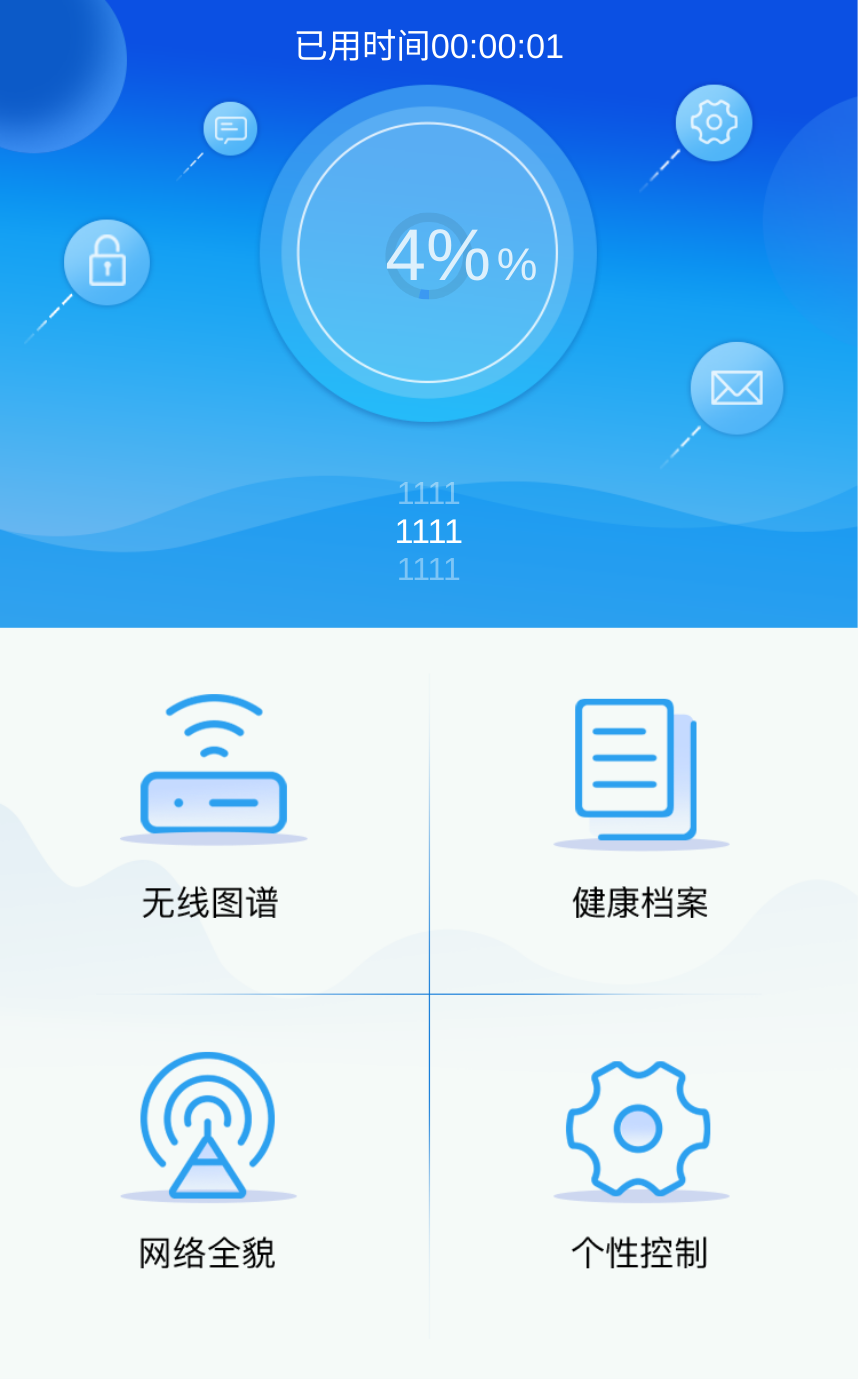
Repository: wangbiaozy/8.24
Page: index.html
These files come from the project's save history. The page is drawn as it stood at one moment and after the next save; the edit follows.
The browser window is 1280 px wide. The pictures show the whole page, at 67% of full size.
After loading, the first visible `#beforeBtn` was clicked once.

Above is the page before, as saved 2018-08-22 10:15:30.

### index.html
<!DOCTYPE html>
<html lang="en">
<head>
    <meta charset="UTF-8">
    <meta name="viewport"
          content="width=device-width, user-scalable=no, initial-scale=1.0, maximum-scale=1.0, minimum-scale=1.0">
    <title>Title</title>
    <link rel="stylesheet" href="css/reset.min.css">
    <link rel="stylesheet/less" href="css/styles.less">
    <script src="js/less-1.7.0.min.js"></script>
</head>
<body>
    <header>
        <div class="before">
            <a id="beforeBtn" href="javascript:void(0)"></a>
            <p>您的家庭网络已经<span>365</span>天没有体检了</p>
        </div>
        <div class="check">
            <div class="circle">
                <div class="progress">
                    <p><span>75</span>%</p>
                </div>
            </div>
            <ul class="message move">
                <li>测量设备温度</li>
                <li>获取CPU占用率</li>
                <li>检查无线模块是否开启</li>
            </ul>
            <div class="date">
                <p>已用时间</p>
                <p id="timeText">00:00:10</p>
            </div>
        </div>
        <div class="result">

        </div>
    </header>
    <section>
        <ul>
            <li>
                <a href=""></a>
            </li>
            <li>
                <a href=""></a>
            </li>
            <li>
                <a href=""></a>
            </li>
            <li>
                <a href=""></a>
            </li>
        </ul>
    </section>
</body>
</html>
<script src="js/jquery-1.10.1.min.js"></script>
<script src="js/circle-progress.min.js"></script>
<script src="js/index.js"></script>

### css/reset.min.css
@charset "utf-8";
/*默认样式清除和初始化*/
body,h1,h2,h3,h4,h5,h6,hr,p,blockquote,dl,dt,dd,ul,ol,li,button,input,textarea,th,td{margin:0;padding:0}body{font-size:12px;font-style:normal;font-family:"\5FAE\8F6F\96C5\9ED1",Helvetica,sans-serif}small{font-size:12px}h1{font-size:18px}h2{font-size:16px}h3{font-size:14px}h4,h5,h6{font-size:100%}ul,ol{list-style:none}a{text-decoration:none;background-color:transparent}a:hover,a:active{outline-width:0;text-decoration:none}table{border-collapse:collapse;border-spacing:0}hr{border:0;height:1px}img{border-style:none}img:not([src]){display:none}svg:not(:root){overflow:hidden}html{-webkit-touch-callout:none;-webkit-text-size-adjust:100%}input,textarea,button,a{-webkit-tap-highlight-color:rgba(0,0,0,0)}article,aside,details,figcaption,figure,footer,header,main,menu,nav,section,summary{display:block}audio,canvas,progress,video{display:inline-block}audio:not([controls]),video:not([controls]){display:none;height:0}progress{vertical-align:baseline}mark{background-color:#ff0;color:#000}sub,sup{position:relative;font-size:75%;line-height:0;vertical-align:baseline}sub{bottom:-0.25em}sup{top:-0.5em}button,input,select,textarea{font-size:100%;outline:0}button,input{overflow:visible}button,select{text-transform:none}textarea{overflow:auto}button,html [type="button"],[type="reset"],[type="submit"]{-webkit-appearance:button}button::-moz-focus-inner,[type="button"]::-moz-focus-inner,[type="reset"]::-moz-focus-inner,[type="submit"]::-moz-focus-inner{border-style:none;padding:0}button:-moz-focusring,[type="button"]:-moz-focusring,[type="reset"]:-moz-focusring,[type="submit"]:-moz-focusring{outline:1px dotted ButtonText}[type="checkbox"],[type="radio"]{box-sizing:border-box;padding:0}[type="number"]::-webkit-inner-spin-button,[type="number"]::-webkit-outer-spin-button{height:auto}[type="search"]{-webkit-appearance:textfield;outline-offset:-2px}[type="search"]::-webkit-search-cancel-button,[type="search"]::-webkit-search-decoration{-webkit-appearance:none}::-webkit-input-placeholder{color:inherit;opacity:.54}::-webkit-file-upload-button{-webkit-appearance:button;font:inherit}.clear:after{display:block;height:0;content:"";clear:both}
*{ -webkit-tap-highlight-color: rgba(0,0,0,0);-webkit-tap-highlight-color: transparent; /* For some Androids */ }

### js/index.js
(function (doc, win) {
    var docEl = doc.documentElement,
        resizeEvt = 'orientationchange' in window ? 'orientationchange' : 'resize',
        recalc = function () {
            var clientWidth = docEl.clientWidth;
            if (!clientWidth) return;
            docEl.style.fontSize = 100 * (clientWidth / 750) + 'px';
        };
    if (!doc.addEventListener) return;
    win.addEventListener(resizeEvt, recalc, false);
    doc.addEventListener('DOMContentLoaded', recalc, false);
})(document, window);
$(function () {

    //一键体检
    $('#beforeBtn').on('click',function(){
        $('.before').hide();
        $('.check').show();
        $('.progress').circleProgress({
            value: 1,
            size: 130,
            startAngle: Math.PI/2,
            thickness: 14,
            animation: {duration:12000},//进度条完成时间（ms）
            fill: {
                gradient: ["#3591f2"]
            },
            //circle-animation-start：	function(event)-event - jQ事件
            //circle-animation-progress：	function(event, animationProgress, stepValue)：-event - jQ事件 animationProgress - 从0.0到1.0stepValue - 当前的步长值，从0.0到value
            //circle-animation-end:	function(event)：-event - jQ事件
        }).on('circle-animation-progress', function (event, progress, stepValue) {
                $(this).find('span').html(parseInt(stepValue.toFixed(2) * 100) + '%');
        }).on('circle-animation-end',function(){
            $('.message').removeClass('move');
            stop();
            $('.check').hide();
            $('.result').show();
        });
        start();
        messageMove();
    });


    //检查项滚动
    var messageInnerText = '1111';
    function messageScroll(){
        $('.message').children('li:first-child').remove();
        $('.message').append('<li>'+messageInnerText+'</li>');
        if(!$('.message').hasClass('move')){
            window.clearInterval(timer);
        }
    }
    function messageMove(){
        timer = window.setInterval(messageScroll,500);
    }


    //检测时间
    var hour,minute,second;
    hour=minute=second=0;
    var millisecond=0;
    var int;
    function start(){
        int=setInterval(times,50);
    }
    function times(){
        millisecond=millisecond+50;
        if(millisecond>=1000){
            millisecond=0;
            second=second+1;
        }
        if(second>=60){
            second=0;
            minute=minute+1;
        }

        if(minute>=60){
            minute=0;
            hour=hour+1;
        }
      $('#timeText').text((hour<10?"0"+hour:hour)+':'+(minute<10?"0"+minute:minute)+':'+(second<10?"0"+second:second));
    }
    function stop(){
        window.clearInterval(int);
    }


    //查看详细清单下拉
    $('.arrow').on('click',function(){
        var $this = $(this),
            $listBox = $(this).siblings('div');
        $listBox.slideToggle("normal",function(){
            if($listBox.css('display') === 'block'){
                $this.addClass('act');
                $this.siblings('p').css('opacity','0');
            }else{
                $this.removeClass('act');
                $this.siblings('p').css('opacity','1');
            }
        });
    });



    //网关重启 WIFI开关 LED指示灯开关 查看黑名单
    $('#controlBox').on('click','a',function(){
        var $this = $(this);
        if($this.hasClass('off')){
            $this.removeClass('off');
        }else{
            $this.addClass('off');
        }
    });

    $('#look_blacklist').on('click',function(){
        var $blacklist = $('.blacklist');
        $blacklist.slideToggle('normal',function(){
            if($(this).css('display') === 'block'){
                $('#look_blacklist').addClass('act');
                $('.arrow_m').addClass('act');
            }else{
                $('#look_blacklist').removeClass('act');
                $('.arrow_m').removeClass('act');
            }
        });
    });
});

Loaded but not shown: js/less-1.7.0.min.js (library); js/jquery-1.10.1.min.js (library); js/circle-progress.min.js (library)

After the next save:
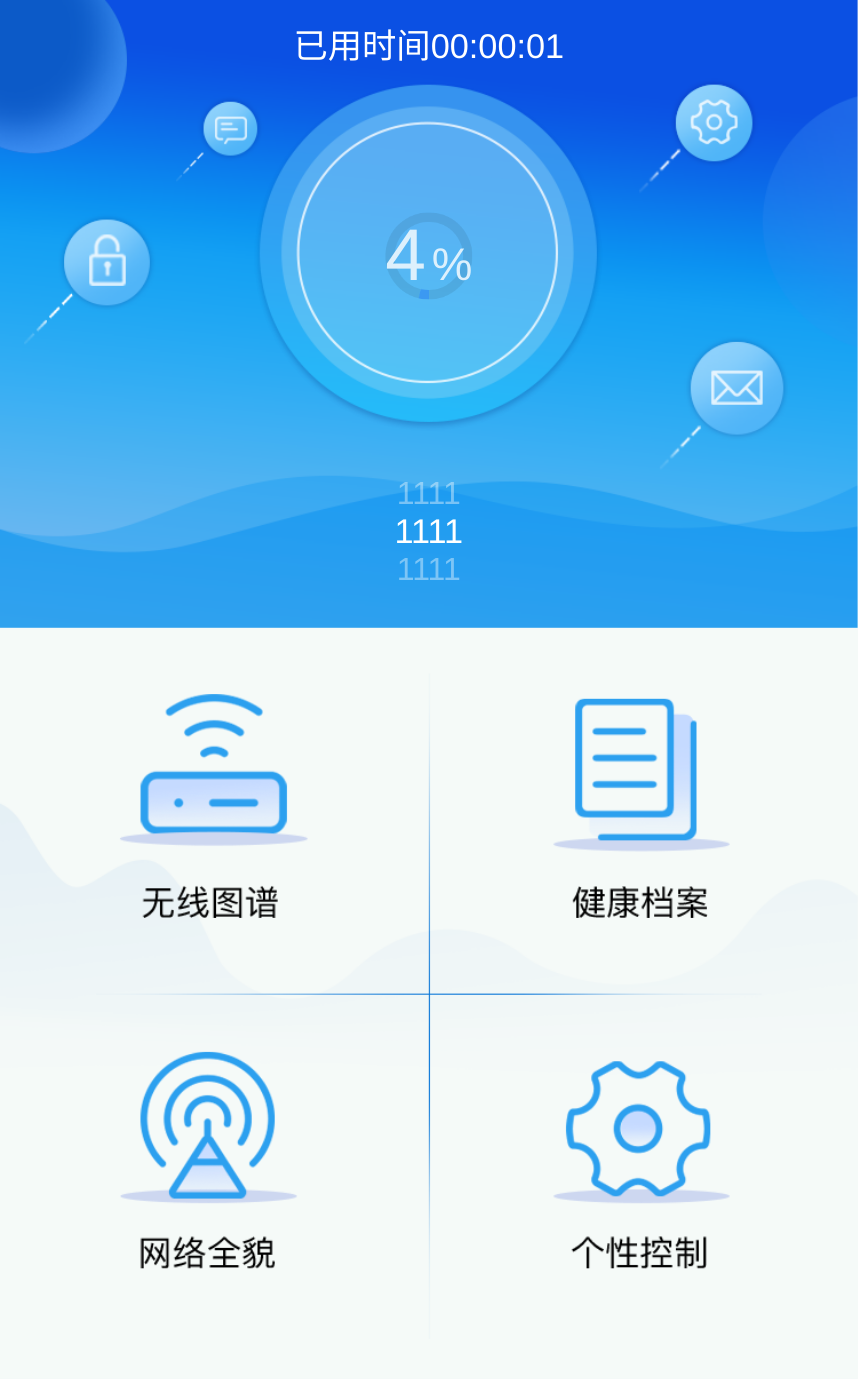
Saved 42 s later.
--- a/js/index.js
+++ b/js/index.js
@@ -29,7 +29,7 @@ $(function () {
             //circle-animation-progress：	function(event, animationProgress, stepValue)：-event - jQ事件 animationProgress - 从0.0到1.0stepValue - 当前的步长值，从0.0到value
             //circle-animation-end:	function(event)：-event - jQ事件
         }).on('circle-animation-progress', function (event, progress, stepValue) {
-                $(this).find('span').html(parseInt(stepValue.toFixed(2) * 100) + '%');
+                $(this).find('span').html(parseInt(stepValue.toFixed(2) * 100));
         }).on('circle-animation-end',function(){
             $('.message').removeClass('move');
             stop();
